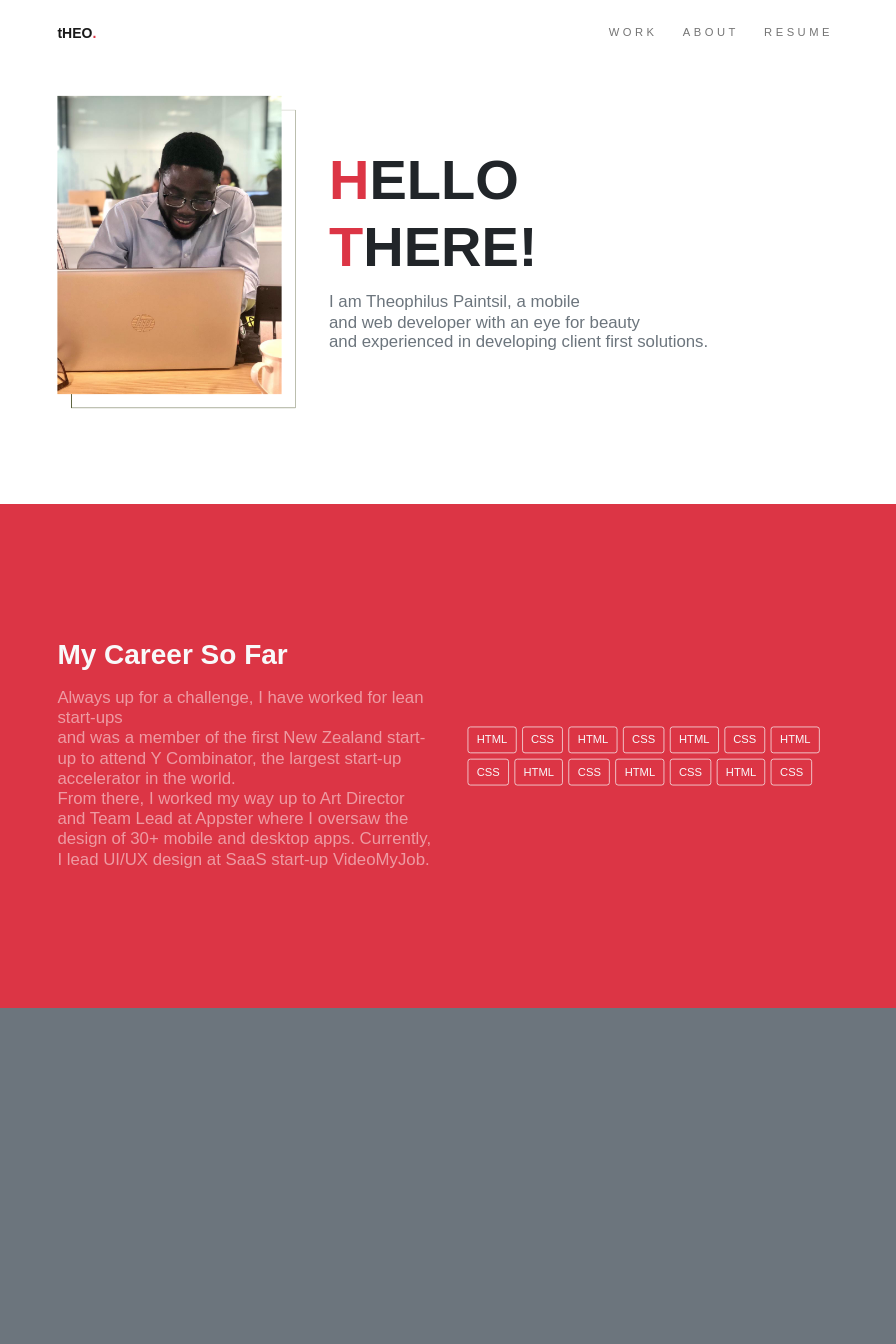
Repository: tHEO2k17/portfolio
Page: /
An editor plug-in stored every save of this project. The page is shown before and after the next save, followed by the edit.
The browser window is 1280 px wide. The pictures show the part of the page from y = 0 to 1920 px (the page is 3000 px tall), at 70% of full size.
The project was rebuilt for these pictures with package versions that can differ from the ones it lists, and the page was loaded fresh each time.

Above is the page before, as saved 2021-07-22 10:43:28.

### public/index.html
<!DOCTYPE html>
<html lang="en">
  <head>
    <meta charset="utf-8" />
    <link rel="icon" href="%PUBLIC_URL%/favicon.ico" />
    <meta name="viewport" content="width=device-width, initial-scale=1" />
    <meta name="theme-color" content="#000000" />
    <meta
      name="description"
      content="Web site created using create-react-app"
    />
    <link rel="apple-touch-icon" href="%PUBLIC_URL%/logo192.png" />
    <link rel="manifest" href="%PUBLIC_URL%/manifest.json" />
    <title>Theophilus Paintsil - Portfolio</title>
  </head>
  <body>
    <noscript>You need to enable JavaScript to run this app.</noscript>
    <div id="root"></div>
  </body>
</html>

### src/index.tsx
import React from 'react';
import ReactDOM from 'react-dom';
import './index.scss';
import App from './presentation/App';

ReactDOM.render(
  <React.StrictMode>
    <App />
  </React.StrictMode>,
  document.getElementById('root')
);

### src/index.scss
@import '~bootstrap/scss/bootstrap.scss';

body{
    font-family: Arial, Helvetica, sans-serif;
}
// Navbar
.navbar-light .navbar-nav{
    padding: 1.2rem 0rem;
}

.navbar-light .navbar-nav .nav-link {
   letter-spacing: 5px;
//    font-size: 14px;
}

.navbar-light .navbar-nav .nav-link:not(:last-child) {
    margin-right: 20px;
 }

### src/presentation/App.tsx
import React from 'react';
import { Switch, Route, BrowserRouter as Router, } from 'react-router-dom';
import HomePage from './pages/HomePage';

function App() {
  return (
    <Router>
      <Switch>
        <Route exact path="/" component={HomePage} />
      </Switch>
    </Router>
  );
}

export default App;

### src/presentation/pages/HomePage.tsx
import { Col, Container, Nav, Navbar, Row, Image, Button } from "react-bootstrap";

export default function HomePage() {

    const renderExperiences = () => {
        return ['HTML', 'CSS', 'HTML', 'CSS','HTML', 'CSS','HTML', 'CSS','HTML', 'CSS','HTML', 'CSS','HTML', 'CSS'].map((e) => <Button variant="outline-light" className="m-1">{e}</Button> );
    }

    return (
        <>
            <Navbar expand="lg" fixed="top" variant="light">
                <Container>
                    <Navbar.Brand href="#home">
                        <span className="fw-bold">tHEO<b className="text-danger">.</b></span>
                    </Navbar.Brand>
                    <Navbar.Toggle />
                    <Navbar.Collapse>
                        <Nav className="ms-auto">
                            <Nav.Link href="#home">WORK</Nav.Link>
                            <Nav.Link href="#home">ABOUT</Nav.Link>
                            <Nav.Link href="#link">RESUME</Nav.Link>
                        </Nav>
                    </Navbar.Collapse>
                </Container>
            </Navbar>

            <header className="min-vh-100">
                <Container>
                    <Row className="align-items-center min-vh-100 my-auto gx-5">
                        <Col md="4"> <Image src="assets/images/theo.png" fluid /> </Col>
                        <Col>
                            <h1 className="display-1 fw-bold">
                                <b className="text-danger">H</b>ELLO <br />
                                <b className="text-danger">T</b>HERE!
                            </h1>
                            <h4 className="fw-light text-muted mt-3">
                                I am Theophilus Paintsil, a mobile <br />
                                and web developer with an eye for beauty <br />
                                and experienced in developing client first solutions.
                            </h4>
                        </Col>
                    </Row>
                </Container>
            </header>

            <section className="bg-danger min-vh-100">
                {/* skills and tools */}
                <Container>
                    <Row className="align-items-center min-vh-100 my-auto gx-5 text-light">
                        <Col>
                            <h1 className="fw-bold">My Career So Far</h1>
                            <h4 className="text-white-50 mt-4">
                                Always up for a challenge, I have worked for lean start-ups<br />
                                and was a member of the first New Zealand start-up to attend Y Combinator,
                                the largest start-up accelerator in the world. <br />
                                From there, I worked my way up to Art Director and Team Lead at Appster where
                                I oversaw the design of 30+ mobile and desktop apps. Currently,
                                I lead UI/UX design at SaaS start-up VideoMyJob.
                            </h4>
                        </Col>
                        <Col>
                            {renderExperiences()}
                        </Col>
                    </Row>
                </Container>
            </section>

            <section className="bg-secondary min-vh-100">
                {/* employment history */}
            </section>

            <section className="bg-light min-vh-100">
                {/* work gallery */}
            </section>

            <footer className="bg-dark text-white">
                <Container className="py-5">
                    <Row>
                        <Col>&copy; {new Date().getFullYear()} Theophilus Paintsil. All rights reserved </Col>
                    </Row>
                </Container>
            </footer>

        </>
    );
}

After the next save:
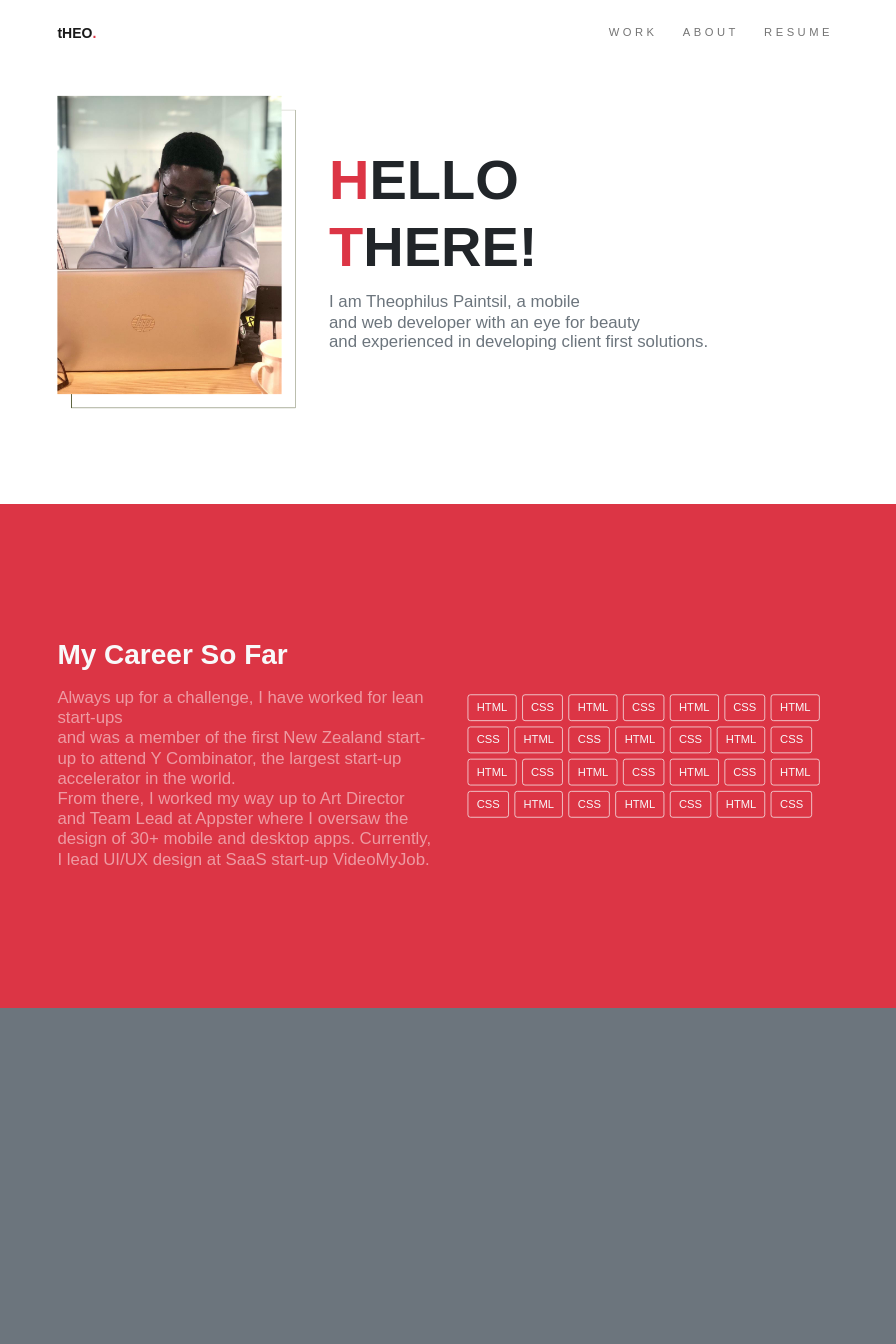
Saved 11 s later.
--- a/src/presentation/pages/HomePage.tsx
+++ b/src/presentation/pages/HomePage.tsx
@@ -3,7 +3,7 @@ import { Col, Container, Nav, Navbar, Row, Image, Button } from "react-bootstrap
 export default function HomePage() {
 
     const renderExperiences = () => {
-        return ['HTML', 'CSS', 'HTML', 'CSS','HTML', 'CSS','HTML', 'CSS','HTML', 'CSS','HTML', 'CSS','HTML', 'CSS'].map((e) => <Button variant="outline-light" className="m-1">{e}</Button> );
+        return ['HTML', 'CSS', 'HTML', 'CSS','HTML', 'CSS','HTML', 'CSS','HTML', 'CSS','HTML', 'CSS','HTML', 'CSS','HTML', 'CSS', 'HTML', 'CSS','HTML', 'CSS','HTML', 'CSS','HTML', 'CSS','HTML', 'CSS','HTML', 'CSS'].map((e) => <Button variant="outline-light" className="m-1">{e}</Button> );
     }
 
     return (
